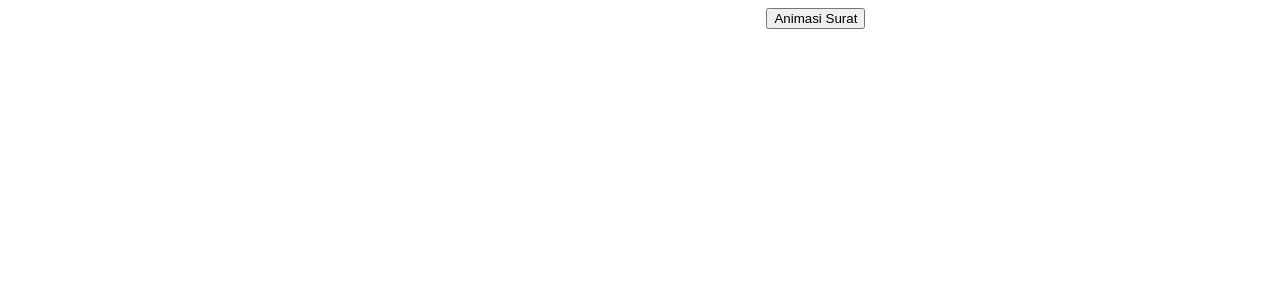
Repository: Irantsitumorang/projectRepo1
Page: BelajarJS/LatihanHTML/WebContent/suratj.html
The author's editor kept a copy of each file at every save. The page is drawn from the files as they stood at one save, then again after the next save.
The browser window is 1280 px wide. The pictures show the whole page.

Above is the page before, as saved 2021-07-01 10:14:41.

After the next save:
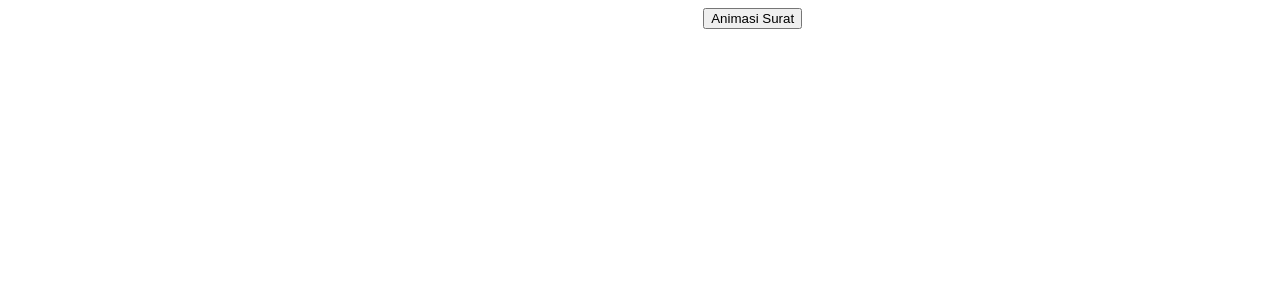
Saved 16 s later.
--- a/BelajarJS/LatihanHTML/WebContent/suratj.html
+++ b/BelajarJS/LatihanHTML/WebContent/suratj.html
@@ -17,7 +17,7 @@
     } */
 
 	#bg{
-	margin-left: 60%;
+	margin-left: 55%;
 	}
 
     #surat1 {
